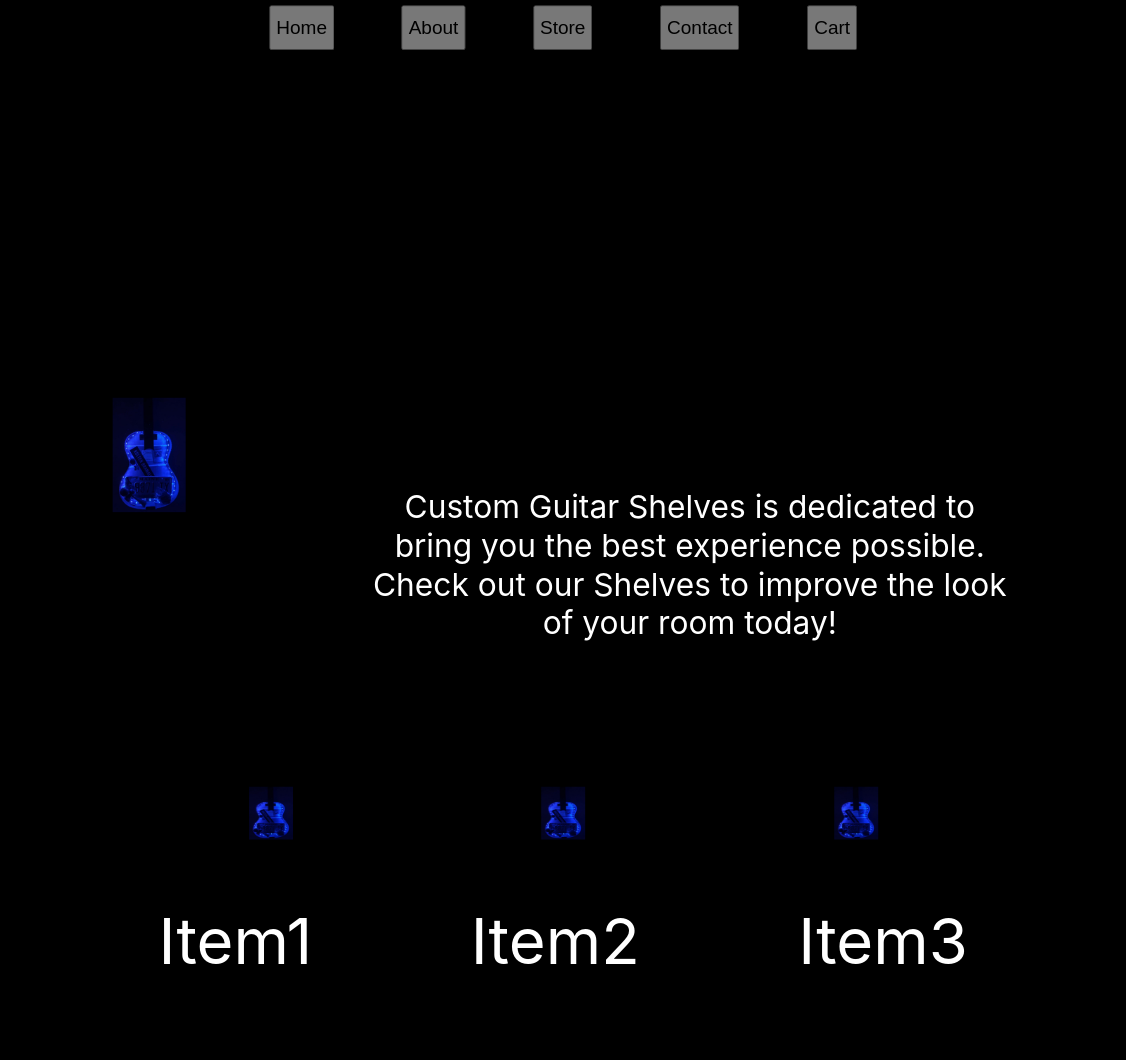
Repository: Kobramall/guitar-shelves-mock-store
Page: /
An editor plug-in stored every save of this project. The page is shown before and after the next save, followed by the edit.
The browser window is 1280 px wide. The pictures show the whole page, at 88% of full size.
Pictures or frames that could not be fetched are drawn as grey boxes. The project was rebuilt for these pictures with package versions that can differ from the ones it lists, and the page was loaded fresh each time. Also part of the build but not shown: src/componets/Cart.js. Imported but missing from the stored project, and not drawn on this page: src/assets/GuitarSV.MP4.

Above is the page before, as saved 2022-11-02 17:17:30.

After the next save:
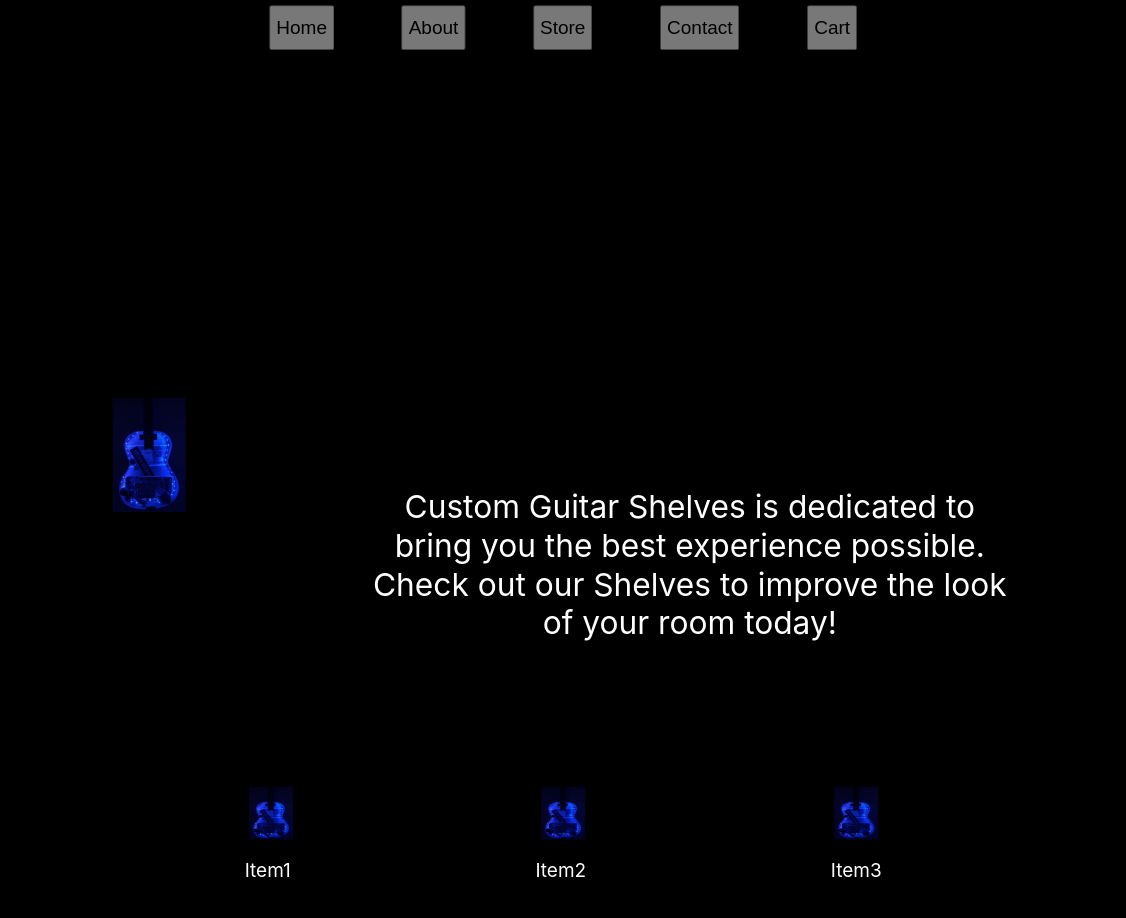
Saved 5 s later.
--- a/src/App.css
+++ b/src/App.css
@@ -63,7 +63,7 @@
   display: flex;
   justify-content: space-evenly;
   margin-top:0%;
-  font-size: 10vh;
+  font-size: 3vh;
 }
 
 @keyframes App-logo-spin {
